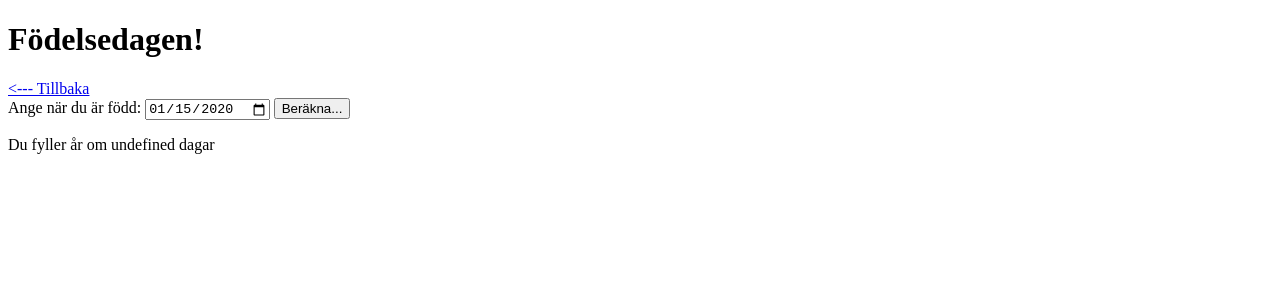
Repository: rs222kn/1dv403-laborationer
Page: 1-vandalen/birthday/index.html
The author's editor kept a record of every edit. The page is drawn from the files as they stood at one moment, then again after the next edit.
The browser window is 1280 px wide. The pictures show the whole page.
Empty fields were first filled with sample values (such as "Sample", 5 or name@example.com).
After loading, the first visible `#send` was clicked once.

Above is the page before.

### 1-vandalen/birthday/index.html
<!DOCTYPE html>
<html lang="sv">
<head>
	<meta charset="UTF-8" />
 	<title>JavaScript - Strängar</title>
 	<style>
 		.error {
 			background-color: #F7A1A1;
 		}
 	</style>
</head>
    <body>
        <h1>Födelsedagen!</h1>
        <a href="../index.html">&lt;--- Tillbaka</a>
 		<form>
 			Ange när du är född:
 			<input type="date" id="string" /> <input id="send" type="submit" value="Beräkna..." />
 			<p id="value"></p>
		</form>

    	  <script src="script.js"></script>

    </body>
</html>

### 1-vandalen/birthday/script.js
"use strict";

window.onload = function(){


	var birthday = function(date){

			//console.log(date);
			// Din kod här.
			/*if(!isNaN(new Date(date).getTime())){ // kollar om det är fel format.

				var birth = new Date(date);

				var today = new Date();

				var oneDay=1000*60*60*24;

				birth.setFullYear(today.getFullYear());

				today.setDate(today.getDate()-1); // tar bort fel marginal på en dag.

				if(today > birth){ // kollar om man redan fyllt år.
					birth.setFullYear(today.getFullYear()+1);
				}

				var toNextDay = Math.floor((birth - today) / (oneDay));
				return toNextDay;
			}
			*/
			//throw new Error('Feel du måste ange ÅÅÅÅ-MM-DD');

			try{
				var birth = new Date(date);

			}catch(err){
				throw new Error('Feel du måste ange ÅÅÅÅ-MM-DD');

			}
	};
	// ------------------------------------------------------------------------------


	// Kod för att hantera utskrift och inmatning. Denna ska du inte behöva förändra
	var p = document.querySelector("#value"); // Referens till DOM-noden med id="#value"
	var input = document.querySelector("#string");
	var submit = document.querySelector("#send");

	// Vi kopplar en eventhanterare till formulärets skickaknapp som kör en anonym funktion.
	submit.addEventListener("click", function(e){
		e.preventDefault(); // Hindra formuläret från att skickas till servern. Vi hanterar allt på klienten.

		p.classList.remove( "error");

		try {
			var answer = birthday(input.value) // Läser in texten från textrutan och skickar till funktionen "convertString"
			var message;
			switch (answer){
				case 0: message = "Grattis på födelsedagen!";
					break;
				case 1: message = "Du fyller år imorgon!";
					break;
				default: message = "Du fyller år om " + answer + " dagar";
					break;
			}

			p.innerHTML = message;
		} catch (error){
			p.classList.add( "error"); // Växla CSS-klass, IE10+
			p.innerHTML = error.message;
		}

	});



};

After the next edit:
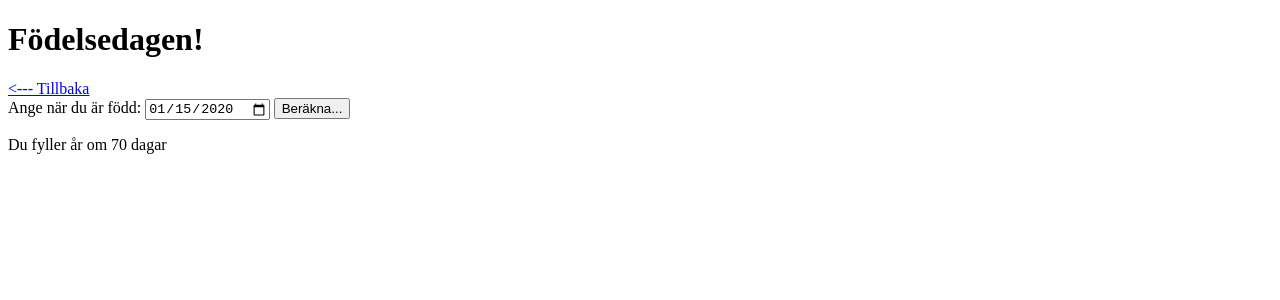
The edit:
--- a/1-vandalen/birthday/script.js
+++ b/1-vandalen/birthday/script.js
@@ -36,6 +36,23 @@
 				throw new Error('Feel du måste ange ÅÅÅÅ-MM-DD');
 
 			}
+
+
+
+				var today = new Date();
+
+				var oneDay=1000*60*60*24;
+
+				birth.setFullYear(today.getFullYear());
+
+				today.setDate(today.getDate()-1); // tar bort fel marginal på en dag.
+
+				if(today > birth){ // kollar om man redan fyllt år.
+					birth.setFullYear(today.getFullYear()+1);
+				}
+
+				var toNextDay = Math.floor((birth - today) / (oneDay));
+				return toNextDay;
 	};
 	// ------------------------------------------------------------------------------
 
